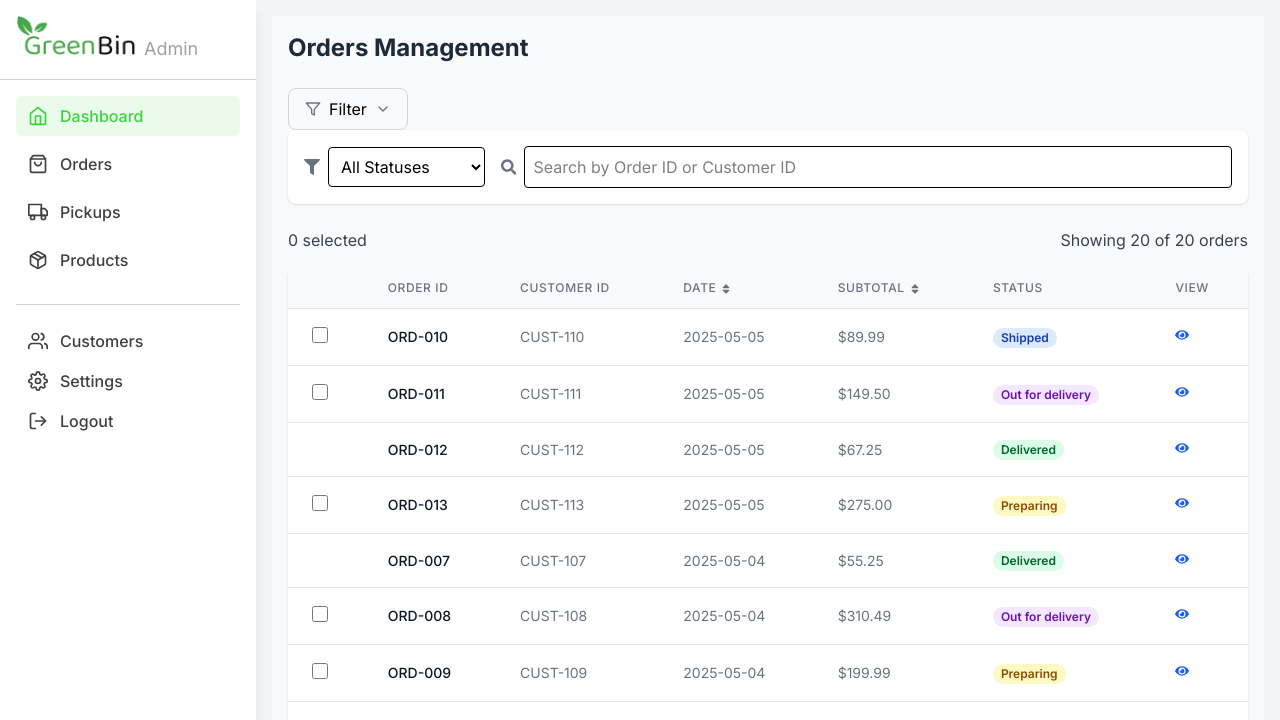
Repository: Siddhu123456/Plastic-Waste-Management
Page: /allorders (app in frontend/)
These files come from the project's save history. The page is drawn as it stood at one moment and after the next save; the edit follows.
The browser window is 1280 px wide. The pictures show the whole page.
An inner scrolling area shows only its first screen. The project was rebuilt for these pictures with package versions that can differ from the ones it lists, and the page was loaded fresh each time. Also part of the build but not shown: frontend/vite.config.js, frontend/src/components/ProductCard.jsx, frontend/src/components/TrendingProductsCarousel.jsx, frontend/src/pages/Home.jsx, frontend/src/components/FilterBar.jsx, frontend/src/components/Loader.jsx, frontend/src/pages/customer/Shop.jsx, frontend/src/pages/customer/Recycle.jsx and 23 more. Imported but missing from the stored project, and not drawn on this page: frontend/src/pages/Help, frontend/src/pages/customer/WishList.

Above is the page before, as saved 2025-05-07 08:35:11.

### frontend/src/index.css
@import url('https://fonts.googleapis.com/css2?family=Fugaz+One&family=Montserrat:ital@0;1&display=swap');
@import url('https://fonts.googleapis.com/css2?family=Inter:ital,opsz,wght@0,14..32,100..900;1,14..32,100..900&display=swap');
@import "tailwindcss";


@custom-variant dark (&:where(.dark, .dark *));


@theme{
  --color-ow : #f5f5f5;
  --color-dbg : #000803;
  --color-dsc : #1e221f;
  --color-dtc : #313532;
  --color-lgg : #3bd440;
  --color-tc : #1e1e1e;
  --color-lgd : #2aa12e;
  --color-bl: #1D2A35;
  --color-lg-trans : rgba(69, 167, 72, 0.3);
}

@layer components {
  .pri-btn {
    @apply text-white cursor-pointer text-center rounded-lg bg-lgg hover:bg-lgd transition duration-300
  }
  .white-btn {
    @apply text-lgg cursor-pointer text-center rounded-2xl bg-ow transition duration-300
  }
  .trans-btn{
    @apply border text-center rounded-2xl cursor-pointer border-lgg text-lgg hover:bg-lgg hover:text-white transition
  }

  .white-trans-btn{
    @apply border text-center rounded-2xl cursor-pointer border-white text-white transition duration-300
  }
}

@layer utilities{
  .no-scrollbar::-webkit-scrollbar {
    display: none;
}
.no-scrollbar {
    -ms-overflow-style: none;
    scrollbar-width: none;
}
}

:root{
  font-family: "Inter", sans-serif;
  background-color: #f5f5f5;
  box-sizing: border-box;
  overflow-x: hidden;
}


input[type='range'] {
  pointer-events: all;
  height: 0;
}

input[type='range']::-webkit-slider-thumb {
  appearance: none;
  height: 16px;
  width: 16px;
  background: #22c55e;
  border-radius: 9999px;
  cursor: pointer;
  border: none;
}

input[type='range']::-moz-range-thumb {
  height: 16px;
  width: 16px;
  background: #22c55e;
  border-radius: 9999px;
  cursor: pointer;
  border: none;
}

### frontend/src/App.jsx
import { CartProvider } from './components/CartContext.jsx';
import AppRoutes from './routes/AppRoutes.jsx'


const App = () => (
    <CartProvider>
        <AppRoutes />
    </CartProvider>
)

export default App;

### frontend/src/components/CartContext.jsx
import { createContext, useContext, useState } from "react";

const CartContext = createContext();

export const CartProvider = ({ children }) => {
  const [cartCount, setCartCount] = useState(0);

  return (
    <CartContext.Provider value={{ cartCount, setCartCount }}>
      {children}
    </CartContext.Provider>
  );
};

export const useCart = () => useContext(CartContext);

### frontend/src/routes/ScrollToTop.jsx
import { useEffect } from "react";
import { useLocation } from "react-router-dom";

const ScrollToTop = () => {
    const {pathname} = useLocation()
    useEffect(() => {
        window.scrollTo(0,0)
    },[pathname])

    return null
}

export default ScrollToTop;

### frontend/src/pages/admin/Orders.jsx
import { useState, useEffect } from 'react';
import { FaSort, FaEye, FaCheck, FaFilter, FaSearch, FaCalendar } from 'react-icons/fa';
import { LuChevronDown, LuFilter } from 'react-icons/lu';

// Sample data
const sampleOrders = [
  { id: 'ORD-001', customerId: 'CUST-101', date: '2025-05-01', subtotal: 125.99, status: 'preparing' },
  { id: 'ORD-002', customerId: 'CUST-102', date: '2025-05-01', subtotal: 79.50, status: 'shipped' },
  { id: 'ORD-003', customerId: 'CUST-103', date: '2025-05-02', subtotal: 299.99, status: 'out for delivery' },
  { id: 'ORD-004', customerId: 'CUST-104', date: '2025-05-02', subtotal: 149.99, status: 'delivered' },
  { id: 'ORD-005', customerId: 'CUST-105', date: '2025-05-03', subtotal: 85.75, status: 'preparing' },
  { id: 'ORD-006', customerId: 'CUST-106', date: '2025-05-03', subtotal: 235.50, status: 'shipped' },
  { id: 'ORD-007', customerId: 'CUST-107', date: '2025-05-04', subtotal: 55.25, status: 'delivered' },
  { id: 'ORD-008', customerId: 'CUST-108', date: '2025-05-04', subtotal: 310.49, status: 'out for delivery' },
  { id: 'ORD-009', customerId: 'CUST-109', date: '2025-05-04', subtotal: 199.99, status: 'preparing' },
  { id: 'ORD-010', customerId: 'CUST-110', date: '2025-05-05', subtotal: 89.99, status: 'shipped' },
  { id: 'ORD-011', customerId: 'CUST-111', date: '2025-05-05', subtotal: 149.50, status: 'out for delivery' },
  { id: 'ORD-012', customerId: 'CUST-112', date: '2025-05-05', subtotal: 67.25, status: 'delivered' },
  { id: 'ORD-013', customerId: 'CUST-113', date: '2025-05-05', subtotal: 275.00, status: 'preparing' },
  { id: 'ORD-014', customerId: 'CUST-114', date: '2025-04-30', subtotal: 125.75, status: 'shipped' },
  { id: 'ORD-015', customerId: 'CUST-115', date: '2025-04-30', subtotal: 189.99, status: 'out for delivery' },
  { id: 'ORD-016', customerId: 'CUST-116', date: '2025-04-29', subtotal: 210.50, status: 'delivered' },
  { id: 'ORD-017', customerId: 'CUST-117', date: '2025-04-29', subtotal: 99.99, status: 'preparing' },
  { id: 'ORD-018', customerId: 'CUST-118', date: '2025-04-28', subtotal: 155.49, status: 'shipped' },
  { id: 'ORD-019', customerId: 'CUST-119', date: '2025-04-28', subtotal: 78.25, status: 'out for delivery' },
  { id: 'ORD-020', customerId: 'CUST-120', date: '2025-04-27', subtotal: 299.99, status: 'delivered' }
];

const getNextStatus = (currentStatus) => {
  const statusFlow = {
    'preparing': 'shipped',
    'shipped': 'out for delivery',
    'out for delivery': 'delivered'
  };
  return statusFlow[currentStatus] || currentStatus;
};

export default function OrdersPage() {
  const [orders, setOrders] = useState([]);
  const [selectedOrders, setSelectedOrders] = useState([]);
  const [statusFilter, setStatusFilter] = useState('');
  const [searchQuery, setSearchQuery] = useState('');
  const [isFilterOpen, setIsFilterOpen] = useState(false)
  const [sortConfig, setSortConfig] = useState({ key: 'date', direction: 'desc' });
  const [viewOrder, setViewOrder] = useState(null);

  useEffect(() => {
    setOrders(sampleOrders);
  }, []);

  const handleSort = (key) => {
    const direction = sortConfig.key === key && sortConfig.direction === 'asc' ? 'desc' : 'asc';
    setSortConfig({ key, direction });
  };

  const sortedOrders = [...orders].sort((a, b) => {
    if (sortConfig.key === 'date') {
      return sortConfig.direction === 'asc'
        ? new Date(a.date) - new Date(b.date)
        : new Date(b.date) - new Date(a.date);
    } else if (sortConfig.key === 'subtotal') {
      return sortConfig.direction === 'asc'
        ? a.subtotal - b.subtotal
        : b.subtotal - a.subtotal;
    }
    return 0;
  });

  const filteredOrders = sortedOrders.filter(order => {
    // Status filter
    if (statusFilter && order.status !== statusFilter) return false;

    // Search query filter
    if (searchQuery) {
      const query = searchQuery.toLowerCase();
      return order.id.toLowerCase().includes(query) ||
             order.customerId.toLowerCase().includes(query);
    }

    return true;
  });

  const handleCheckboxChange = (orderId) => {
    setSelectedOrders(prev => {
      if (prev.includes(orderId)) {
        return prev.filter(id => id !== orderId);
      } else {
        return [...prev, orderId];
      }
    });
  };

  const handleRowClick = (order) => {
    // Don't allow selection of delivered items
    if (order.status === 'delivered') return;

    const orderId = order.id;
    if (!selectedOrders.includes(orderId)) {
      setSelectedOrders(prev => [...prev, orderId]);
    } else {
      setSelectedOrders(prev => prev.filter(id => id !== orderId));
    }
  };

  const handleUpdateStatus = () => {
    if (selectedOrders.length === 0) return;

    console.log(selectedOrders)
    setOrders(prev =>
      prev.map(order => {
        if (selectedOrders.includes(order.id) && order.status !== 'delivered') {
          return { ...order, status: getNextStatus(order.status) };
        }
        return order;
      })
    );

    // Clear selected orders that have been updated to 'delivered'
    setSelectedOrders(prev => {
      const updatedSelectedOrders = [];
      for (const orderId of prev) {
        const order = orders.find(o => o.id === orderId);
        if (order && getNextStatus(order.status) !== 'delivered') {
          updatedSelectedOrders.push(orderId);
        }
      }
      return updatedSelectedOrders;
    });
  };


  return (
    <div className="container mx-auto p-4 bg-gray-50 min-h-screen">
      <h1 className="text-2xl font-bold mb-6 text-gray-800">Orders Management</h1>

      <div className="flex flex-col md:flex-row items-start md:items-center space-y-4 md:space-y-0 md:space-x-4">
                    <div className="relative">
                      <button
                        onClick={() => setIsFilterOpen(!isFilterOpen)}
                        className="flex items-center px-4 py-2 border border-gray-300 rounded-lg hover:bg-gray-50"
                      >
                        <LuFilter className="h-4 w-4 mr-2 text-gray-500" />
                        Filter
                        <LuChevronDown className="h-4 w-4 ml-2 text-gray-500" />
                      </button>

                      {isFilterOpen && (
                        <div className="absolute right-0 mt-2 w-48 bg-white rounded-md shadow-lg z-10 border border-gray-200">
                          <div className="py-1">
                            <button
                              onClick={() => {setStatusFilter("all"); setIsFilterOpen(false);}}
                              className="block px-4 py-2 text-sm text-gray-700 hover:bg-gray-100 w-full text-left"
                            >
                              All Statuses
                            </button>
                            <button
                              onClick={() => {setStatusFilter("Preparing"); setIsFilterOpen(false);}}
                              className="block px-4 py-2 text-sm text-gray-700 hover:bg-gray-100 w-full text-left"
                            >
                              Preparing
                            </button>
                            <button
                              onClick={() => {setStatusFilter("shipped"); setIsFilterOpen(false);}}
                              className="block px-4 py-2 text-sm text-gray-700 hover:bg-gray-100 w-full text-left"
                            >
                              Shipped
                            </button>
                            <button
                              onClick={() => {setStatusFilter("Out for Delivery"); setIsFilterOpen(false);}}
                              className="block px-4 py-2 text-sm text-gray-700 hover:bg-gray-100 w-full text-left"
                            >
                              Out for Delivery
                            </button>
                            <button
                              onClick={() => {setStatusFilter("Delivered"); setIsFilterOpen(false);}}
                              className="block px-4 py-2 text-sm text-gray-700 hover:bg-gray-100 w-full text-left"
                            >
                              Delivered
                            </button>
                          </div>
                        </div>
                      )}
                    </div>
                    </div>


      {/* Filters */}
      <div className="bg-white p-4 rounded-lg shadow mb-6">
        <div className="flex flex-wrap gap-4 items-center">
          <div className="flex items-center">
            <FaFilter className="text-gray-500 mr-2" />
            <select
              className="border rounded p-2 focus:outline-none focus:ring-2 focus:ring-blue-500"
              value={statusFilter}
              onChange={(e) => setStatusFilter(e.target.value)}
            >
              <option value="">All Statuses</option>
              <option value="preparing">Preparing</option>
              <option value="shipped">Shipped</option>
              <option value="out for delivery">Out for Delivery</option>
              <option value="delivered">Delivered</option>
            </select>
          </div>


          <div className="flex items-center flex-grow">
            <FaSearch className="text-gray-500 mr-2" />
            <input
              type="text"
              className="border rounded p-2 w-full focus:outline-none focus:ring-2 focus:ring-blue-500"
              value={searchQuery}
              onChange={(e) => setSearchQuery(e.target.value)}
              placeholder="Search by Order ID or Customer ID"
            />
          </div>

        </div>
      </div>

      {/* Actions */}
      <div className="mb-4 flex justify-between items-center">
        <div className="flex items-center">
          <span className="text-gray-700 mr-2">{selectedOrders.length} selected</span>
          {selectedOrders.length > 0 && (
            <>
              <button
                className="bg-blue-500 text-white px-4 py-2 rounded hover:bg-blue-600 transition mr-2"
                onClick={handleUpdateStatus}
              >
                Update Status
              </button>
              <button
                className="bg-gray-300 text-gray-700 px-4 py-2 rounded hover:bg-gray-400 transition"
                onClick={() => setSelectedOrders([])}
              >
                Clear Selection
              </button>
            </>
          )}
        </div>
        <div className="text-gray-700">
          Showing {filteredOrders.length} of {orders.length} orders
        </div>
      </div>

      {/* Orders Table */}
      <div className="bg-white rounded-lg shadow overflow-x-auto">
        <table className="min-w-full divide-y divide-gray-200">
          <thead className="bg-gray-50">
            <tr>
              <th className="px-3 py-3 text-left text-xs font-medium text-gray-500 uppercase tracking-wider">

              </th>
              <th className="px-6 py-3 text-left text-xs font-medium text-gray-500 uppercase tracking-wider">
                Order ID
              </th>
              <th className="px-6 py-3 text-left text-xs font-medium text-gray-500 uppercase tracking-wider">
                Customer ID
              </th>
              <th
                className="px-6 py-3 text-left text-xs font-medium text-gray-500 uppercase tracking-wider cursor-pointer"
                onClick={() => handleSort('date')}
              >
                Date
                <FaSort className="inline ml-1" />
              </th>
              <th
                className="px-6 py-3 text-left text-xs font-medium text-gray-500 uppercase tracking-wider cursor-pointer"
                onClick={() => handleSort('subtotal')}
              >
                Subtotal
                <FaSort className="inline ml-1" />
              </th>
              <th className="px-6 py-3 text-left text-xs font-medium text-gray-500 uppercase tracking-wider">
                Status
              </th>
              <th className="px-6 py-3 text-left text-xs font-medium text-gray-500 uppercase tracking-wider">
                View
              </th>
            </tr>
          </thead>
          <tbody className="bg-white divide-y divide-gray-200">
            {filteredOrders.map((order) => (
              <tr
                key={order.id}
                className={`${selectedOrders.includes(order.id) ? 'bg-blue-50' : 'hover:bg-gray-50'} ${order.status === 'delivered' ? 'cursor-default' : 'cursor-pointer'}`}
                onClick={() => handleRowClick(order)}
              >
                <td className="px-6 py-4 whitespace-nowrap">
                  {order.status !== 'delivered' && (
                    <input
                      type="checkbox"
                      className="h-4 w-4 text-blue-600 border-gray-300 rounded"
                      checked={selectedOrders.includes(order.id)}
                      onChange={(e) => {
                        e.stopPropagation();
                        handleCheckboxChange(order.id);
                      }}
                    />
                  )}
                </td>
                <td className="px-6 py-4 whitespace-nowrap text-sm font-medium text-gray-900">
                  {order.id}
                </td>
                <td className="px-6 py-4 whitespace-nowrap text-sm text-gray-500">
                  {order.customerId}
                </td>
                <td className="px-6 py-4 whitespace-nowrap text-sm text-gray-500">
                  {order.date}
                </td>
                <td className="px-6 py-4 whitespace-nowrap text-sm text-gray-500">
                  ${order.subtotal.toFixed(2)}
                </td>
                <td className="px-6 py-4 whitespace-nowrap text-sm">
                  <span className={`px-2 inline-flex text-xs leading-5 font-semibold rounded-full
                    ${order.status === 'preparing' ? 'bg-yellow-100 text-yellow-800' : ''}
                    ${order.status === 'shipped' ? 'bg-blue-100 text-blue-800' : ''}
                    ${order.status === 'out for delivery' ? 'bg-purple-100 text-purple-800' : ''}
                    ${order.status === 'delivered' ? 'bg-green-100 text-green-800' : ''}
                  `}>
                    {order.status.charAt(0).toUpperCase() + order.status.slice(1)}
                  </span>
                </td>
                <td className="px-6 py-4 whitespace-nowrap text-sm text-gray-500">
                  <button
                    className="text-blue-600 hover:text-blue-900"
                    onClick={(e) => {
                      e.stopPropagation();
                      setViewedOrder(order);
                    }}
                  >
                    <FaEye />
                  </button>
                </td>
              </tr>
            ))}
          </tbody>
        </table>
      </div>

      {/* Order Details Modal */}
      {viewOrder && (
              <div className="fixed inset-0 bg-black bg-opacity-50 flex items-center justify-center z-50">
                <div className="bg-white rounded-lg shadow-xl w-full max-w-2xl">
                  <div className="flex justify-between items-center p-4 border-b">
                    <h3 className="text-lg font-medium">Order Details: {viewOrder.id}</h3>
                    <button onClick={() => setViewOrder(null)}>
                      <LuX className="h-5 w-5 text-gray-500 hover:text-gray-700" />
                    </button>
                  </div>

                  <div className="p-6">
                    <div className="grid grid-cols-2 gap-4 mb-6">
                      <div>
                        <p className="text-sm text-gray-500">Customer</p>
                        <p className="font-medium">{viewOrder.customer}</p>
                      </div>
                      <div>
                        <p className="text-sm text-gray-500">Order Date</p>
                        <p className="font-medium">{viewOrder.orderDate}</p>
                      </div>
                      <div>
                        <p className="text-sm text-gray-500">Status</p>
                        <LuBadge status={viewOrder.status} />
                      </div>
                      <div>
                        <p className="text-sm text-gray-500">Subtotal</p>
                        <p className="font-medium">${viewOrder.subTotal.toFixed(2)}</p>
                      </div>
                    </div>

                    <h4 className="font-medium mb-2">Products</h4>
                    <div className="border rounded-lg overflow-hidden">
                      <table className="min-w-full divide-y divide-gray-200">
                        <thead className="bg-gray-50">
                          <tr>
                            <th scope="col" className="px-4 py-3 text-left text-xs font-medium text-gray-500 uppercase">Product</th>
                            <th scope="col" className="px-4 py-3 text-left text-xs font-medium text-gray-500 uppercase">Quantity</th>
                            <th scope="col" className="px-4 py-3 text-left text-xs font-medium text-gray-500 uppercase">Price</th>
                            <th scope="col" className="px-4 py-3 text-left text-xs font-medium text-gray-500 uppercase">Total</th>
                          </tr>
                        </thead>
                        <tbody className="bg-white divide-y divide-gray-200">
                          {viewOrder.products.map((product, index) => (
                            <tr key={index}>
                              <td className="px-4 py-3 whitespace-nowrap text-gray-700">{product.name}</td>
                              <td className="px-4 py-3 whitespace-nowrap text-gray-700">{product.quantity}</td>
                              <td className="px-4 py-3 whitespace-nowrap text-gray-700">${product.price.toFixed(2)}</td>
                              <td className="px-4 py-3 whitespace-nowrap text-gray-700">${(product.price * product.quantity).toFixed(2)}</td>
                            </tr>
                          ))}
                        </tbody>
                      </table>
                    </div>
                  </div>

                  <div className="bg-gray-50 px-4 py-3 flex justify-end gap-2 rounded-b-lg">
                    <button
                      className="px-4 py-2 bg-white border border-gray-300 rounded-md text-sm font-medium text-gray-700 hover:bg-gray-50"
                      onClick={() => setViewOrder(null)}
                    >
                      Close
                    </button>
                    <button className="px-4 py-2 bg-indigo-600 border border-transparent rounded-md text-sm font-medium text-white hover:bg-indigo-700">
                      Edit Order
                    </button>
                  </div>
                </div>
              </div>
      )}
    </div>
  );
}

### frontend/src/components/SidebarItem.jsx
import { Link } from "react-router-dom";

const SidebarItem = ({ icon, title,val, active, onClick }) => {
    return (
    <Link to={`/${val}`}>
          <button
        onClick={onClick}
        className={`flex items-center w-full px-3 py-2 rounded-md transition-colors cursor-pointer ${
          active ? 'bg-lgg/10 text-lgg' : 'text-neutral-700 hover:bg-lgg/10'
        }`}
      >
        <span className="mr-3">{icon}</span>
        <span className="font-medium">{title}</span>
      </button>
    </Link>
    )
  }

  export default SidebarItem;

Loaded but not shown: frontend/index.html (common file); frontend/src/main.jsx (common file); frontend/src/components/Sidebar.jsx (79 lines, source omitted); frontend/src/routes/AppRoutes.jsx (54 lines, source omitted); frontend/src/pages/admin/AdminLayout.jsx (61 lines, source omitted)

After the next save:
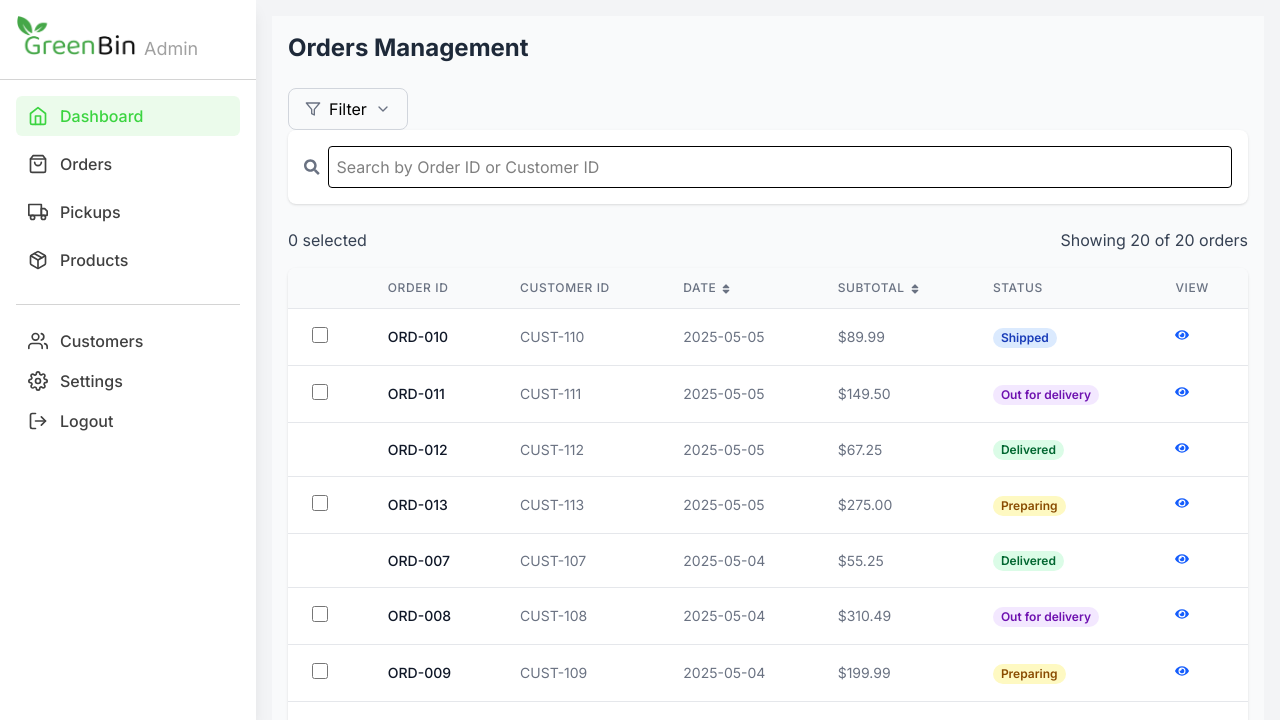
Saved 2 min 45 s later.
--- a/frontend/src/pages/admin/Orders.jsx
+++ b/frontend/src/pages/admin/Orders.jsx
@@ -187,21 +187,6 @@ export default function OrdersPage() {
       {/* Filters */}
       <div className="bg-white p-4 rounded-lg shadow mb-6">
         <div className="flex flex-wrap gap-4 items-center">
-          <div className="flex items-center">
-            <FaFilter className="text-gray-500 mr-2" />
-            <select
-              className="border rounded p-2 focus:outline-none focus:ring-2 focus:ring-blue-500"
-              value={statusFilter}
-              onChange={(e) => setStatusFilter(e.target.value)}
-            >
-              <option value="">All Statuses</option>
-              <option value="preparing">Preparing</option>
-              <option value="shipped">Shipped</option>
-              <option value="out for delivery">Out for Delivery</option>
-              <option value="delivered">Delivered</option>
-            </select>
-          </div>
-
 
           <div className="flex items-center flex-grow">
             <FaSearch className="text-gray-500 mr-2" />
